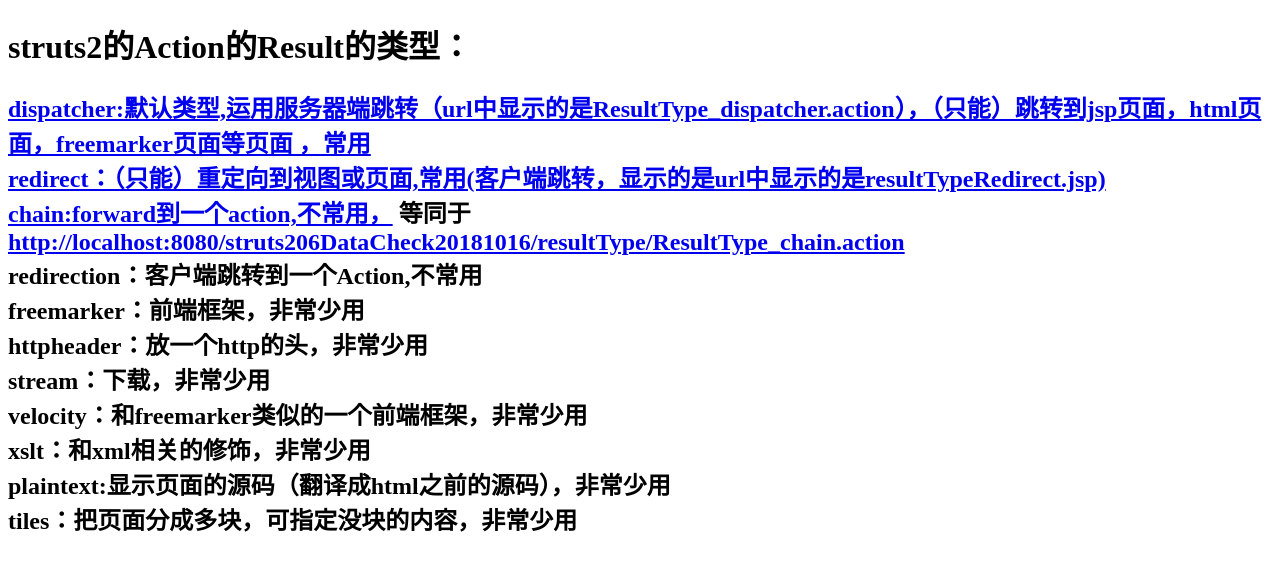
Repository: fupq/fpqStruts2
Page: http://localhost/struts206DataCheck20181016/resultType.jsp
An editor plug-in stored every save of this project. The page is shown before and after the next save, followed by the edit.
The browser window is 1280 px wide. The pictures show the whole page.
The page is served by Tomcat 9. Nobody is signed in. The application's start-up code is not run. Other server files are loaded and not shown.

Above is the page before, as saved 2018-10-22 17:29:56.

### struts206DataCheck20181016/WebRoot/resultType.jsp
<%@ page language="java" contentType="text/html; charset=GB18030"
    pageEncoding="GB18030"%>
<!DOCTYPE html>
<html>
<head>
<meta charset="GB18030">
<title>resultType</title>
</head>
<body>
	<h1>struts2的Action的Result的类型：</h1>
	<h2>
		<a href="http://localhost:8080/struts206DataCheck20181016/resultType/ResultType_dispatcher.action">dispatcher:默认类型,运用服务器端跳转（url中显示的是ResultType_dispatcher.action），（只能）跳转到jsp页面，html页面，freemarker页面等页面	，常用</a><br>
		<a href="http://localhost:8080/struts206DataCheck20181016/resultType/ResultType_redirect.action">redirect：（只能）重定向到视图或页面,常用(客户端跳转，显示的是url中显示的是resultTypeRedirect.jsp)	<br></a>
		<a href="http://localhost:8080/struts206DataCheck20181016/resultType/ResultType_chain.action">chain:forward到一个action,不常用，</a> 等同于<a href="http://localhost:8080/struts206DataCheck20181016/resultType/ResultType_chain.action">http://localhost:8080/struts206DataCheck20181016/resultType/ResultType_chain.action</a> <br>
		redirection：客户端跳转到一个Action,不常用<br>
		freemarker：前端框架，非常少用<br>
		httpheader：放一个http的头，非常少用<br>
		stream：下载，非常少用<br>
		velocity：和freemarker类似的一个前端框架，非常少用<br>
		xslt：和xml相关的修饰，非常少用<br>
		plaintext:显示页面的源码（翻译成html之前的源码），非常少用<br>
		tiles：把页面分成多块，可指定没块的内容，非常少用<br>
	</h2>
</body>
</html>

After the next save:
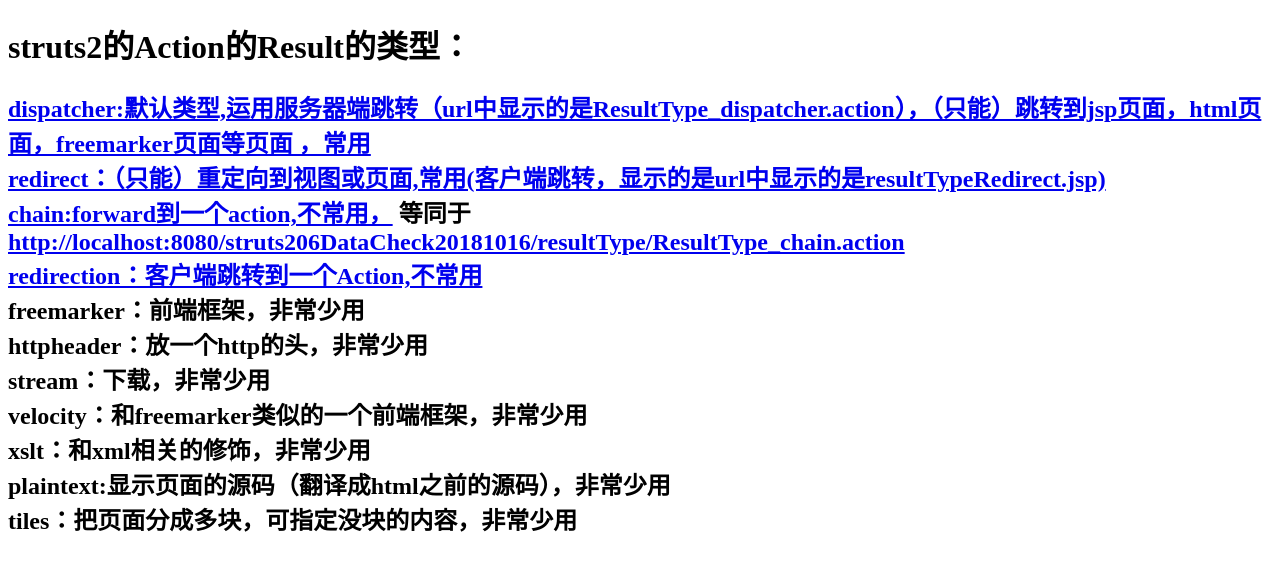
Saved 2 min 19 s later.
--- a/struts206DataCheck20181016/WebRoot/resultType.jsp
+++ b/struts206DataCheck20181016/WebRoot/resultType.jsp
@@ -12,7 +12,7 @@
 		<a href="http://localhost:8080/struts206DataCheck20181016/resultType/ResultType_dispatcher.action">dispatcher:默认类型,运用服务器端跳转（url中显示的是ResultType_dispatcher.action），（只能）跳转到jsp页面，html页面，freemarker页面等页面	，常用</a><br>
 		<a href="http://localhost:8080/struts206DataCheck20181016/resultType/ResultType_redirect.action">redirect：（只能）重定向到视图或页面,常用(客户端跳转，显示的是url中显示的是resultTypeRedirect.jsp)	<br></a>
 		<a href="http://localhost:8080/struts206DataCheck20181016/resultType/ResultType_chain.action">chain:forward到一个action,不常用，</a> 等同于<a href="http://localhost:8080/struts206DataCheck20181016/resultType/ResultType_chain.action">http://localhost:8080/struts206DataCheck20181016/resultType/ResultType_chain.action</a> <br>
-		redirection：客户端跳转到一个Action,不常用<br>
+		<a href="http://localhost:8080/struts206DataCheck20181016/resultType/ResultType_redirection.action">redirection：客户端跳转到一个Action,不常用</a><br>
 		freemarker：前端框架，非常少用<br>
 		httpheader：放一个http的头，非常少用<br>
 		stream：下载，非常少用<br>

After the save that followed:
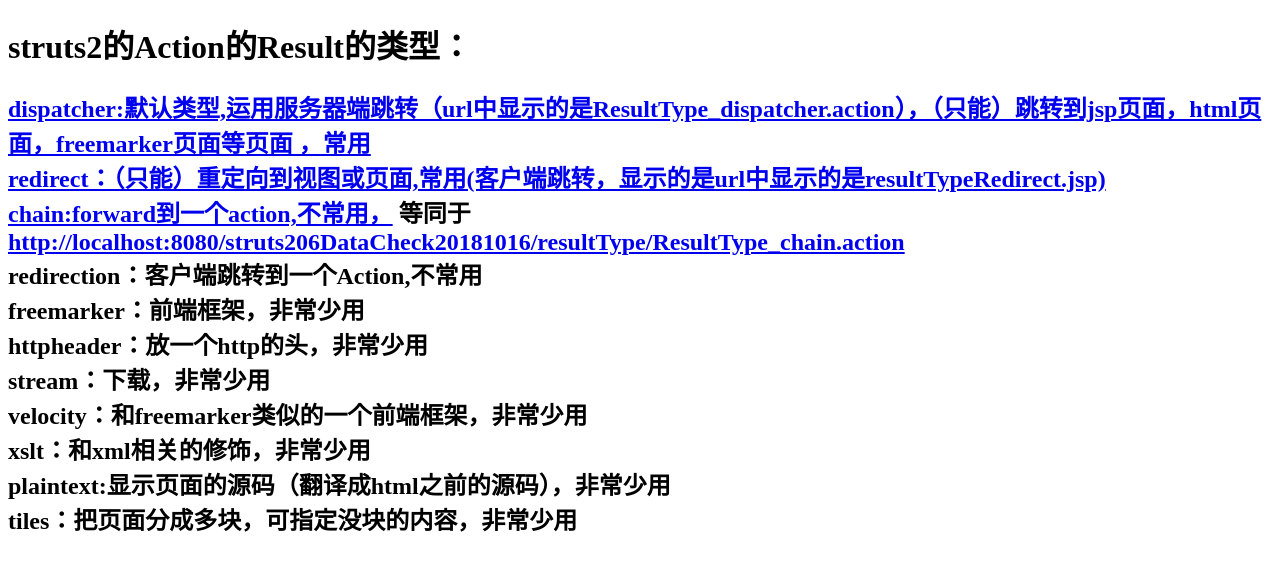
Saved 2 min 5 s later.
--- a/struts206DataCheck20181016/WebRoot/resultType.jsp
+++ b/struts206DataCheck20181016/WebRoot/resultType.jsp
@@ -12,7 +12,7 @@
 		<a href="http://localhost:8080/struts206DataCheck20181016/resultType/ResultType_dispatcher.action">dispatcher:默认类型,运用服务器端跳转（url中显示的是ResultType_dispatcher.action），（只能）跳转到jsp页面，html页面，freemarker页面等页面	，常用</a><br>
 		<a href="http://localhost:8080/struts206DataCheck20181016/resultType/ResultType_redirect.action">redirect：（只能）重定向到视图或页面,常用(客户端跳转，显示的是url中显示的是resultTypeRedirect.jsp)	<br></a>
 		<a href="http://localhost:8080/struts206DataCheck20181016/resultType/ResultType_chain.action">chain:forward到一个action,不常用，</a> 等同于<a href="http://localhost:8080/struts206DataCheck20181016/resultType/ResultType_chain.action">http://localhost:8080/struts206DataCheck20181016/resultType/ResultType_chain.action</a> <br>
-		<a href="http://localhost:8080/struts206DataCheck20181016/resultType/ResultType_redirection.action">redirection：客户端跳转到一个Action,不常用</a><br>
+		redirection：客户端跳转到一个Action,不常用<br>
 		freemarker：前端框架，非常少用<br>
 		httpheader：放一个http的头，非常少用<br>
 		stream：下载，非常少用<br>
